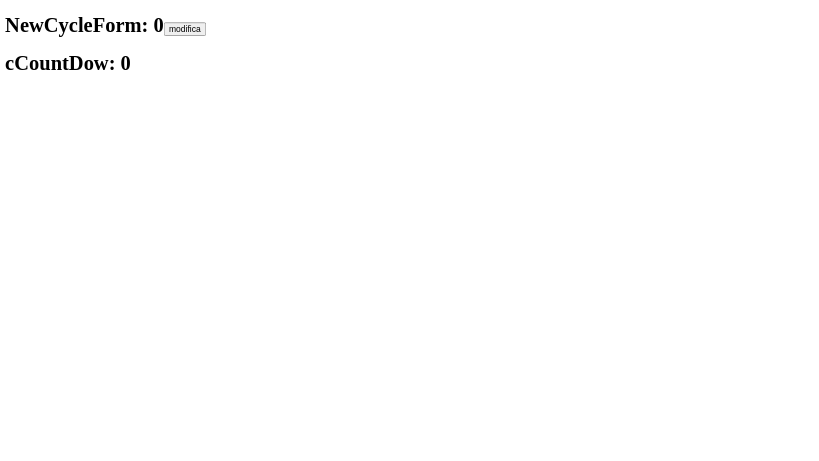
Repository: caueenrico/CoffeDelivery
Page: /
An editor plug-in stored every save of this project. The page is shown before and after a run of saves, followed by the edit.
The browser window is 1280 px wide. The pictures show the whole page, at 64% of full size.
The project was rebuilt for these pictures with package versions that can differ from the ones it lists, and the page was loaded fresh each time. Also part of the build but not shown: vite.config.ts, src/components/MetodosPagamento/styles.ts, src/components/MetodosPagamento/index.tsx, src/components/InpuitForm/styles.ts, src/components/InpuitForm/index.tsx, src/pages/CheckOut/styles.ts, src/pages/CheckOut/AddresForm.tsx, src/pages/CheckOut/components/ConfirmButton/styles.ts and 14 more.

Above is the page before, as saved 2022-09-29 19:02:36.

After the next 3 saves:
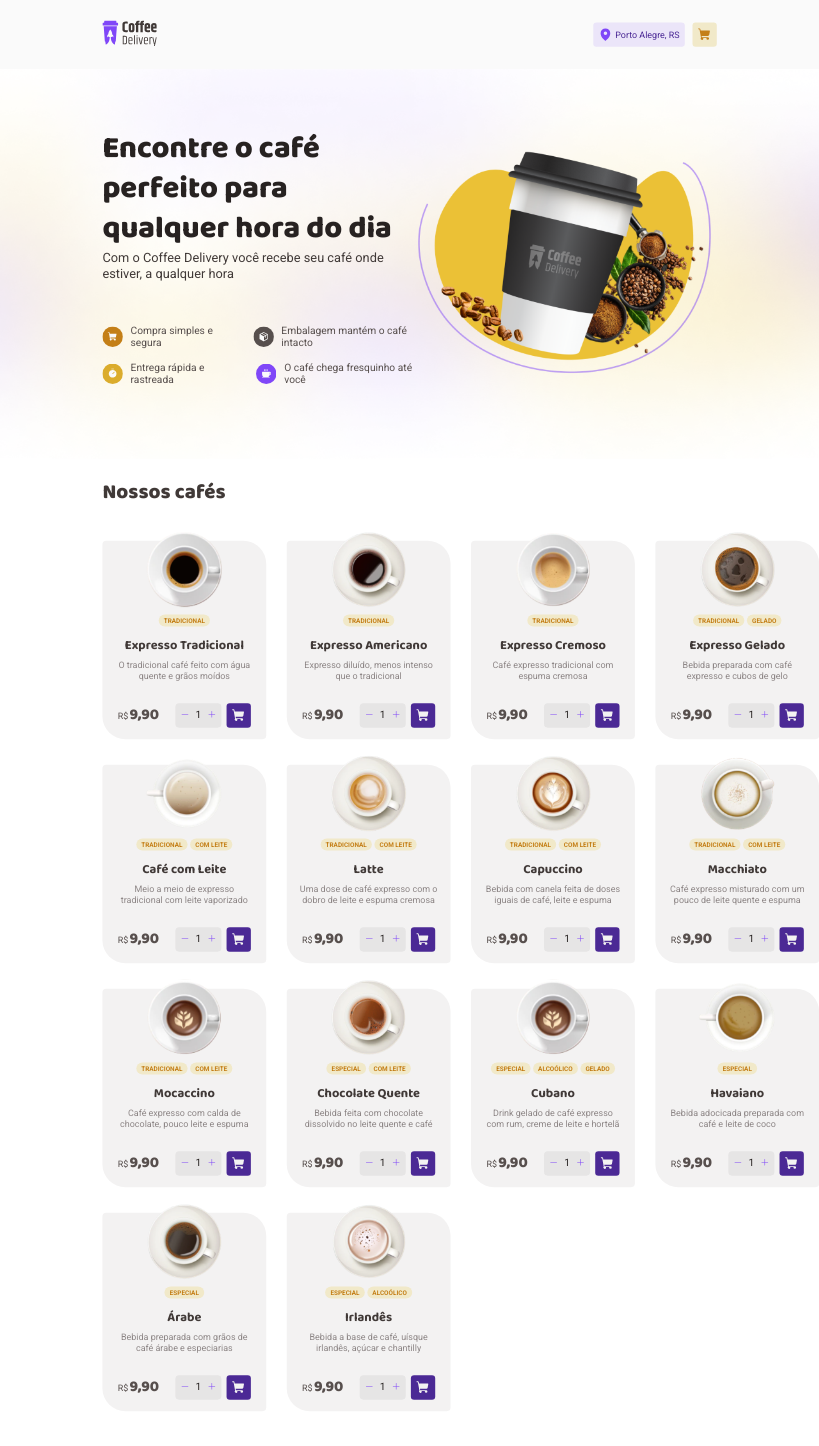
The 3 saves are shown as one change because 1 did not build or start and some came seconds apart.
The last was saved 2 min 18 s later.
--- a/src/App.tsx
+++ b/src/App.tsx
@@ -1,21 +1,17 @@
 import { BrowserRouter } from "react-router-dom";
 import { ThemeProvider } from "styled-components";
-import { HomeContext } from "./HomeContext";
+
 import { Router } from "./Router";
 import { defaultTheme } from "./styles/themes/default";
 import { GlobalStyle } from "./styles/themes/global";
 
 export function App() {
   return (
-
-    <>
-    <HomeContext/>
-    </>
-    // <ThemeProvider theme={defaultTheme}>
-    //   <BrowserRouter>
-    //     <Router />
-    //   </BrowserRouter>
-    //   <GlobalStyle />
-    // </ThemeProvider>
+    <ThemeProvider theme={defaultTheme}>
+      <BrowserRouter>
+        <Router />
+      </BrowserRouter>
+      <GlobalStyle />
+    </ThemeProvider>
   );
 }
